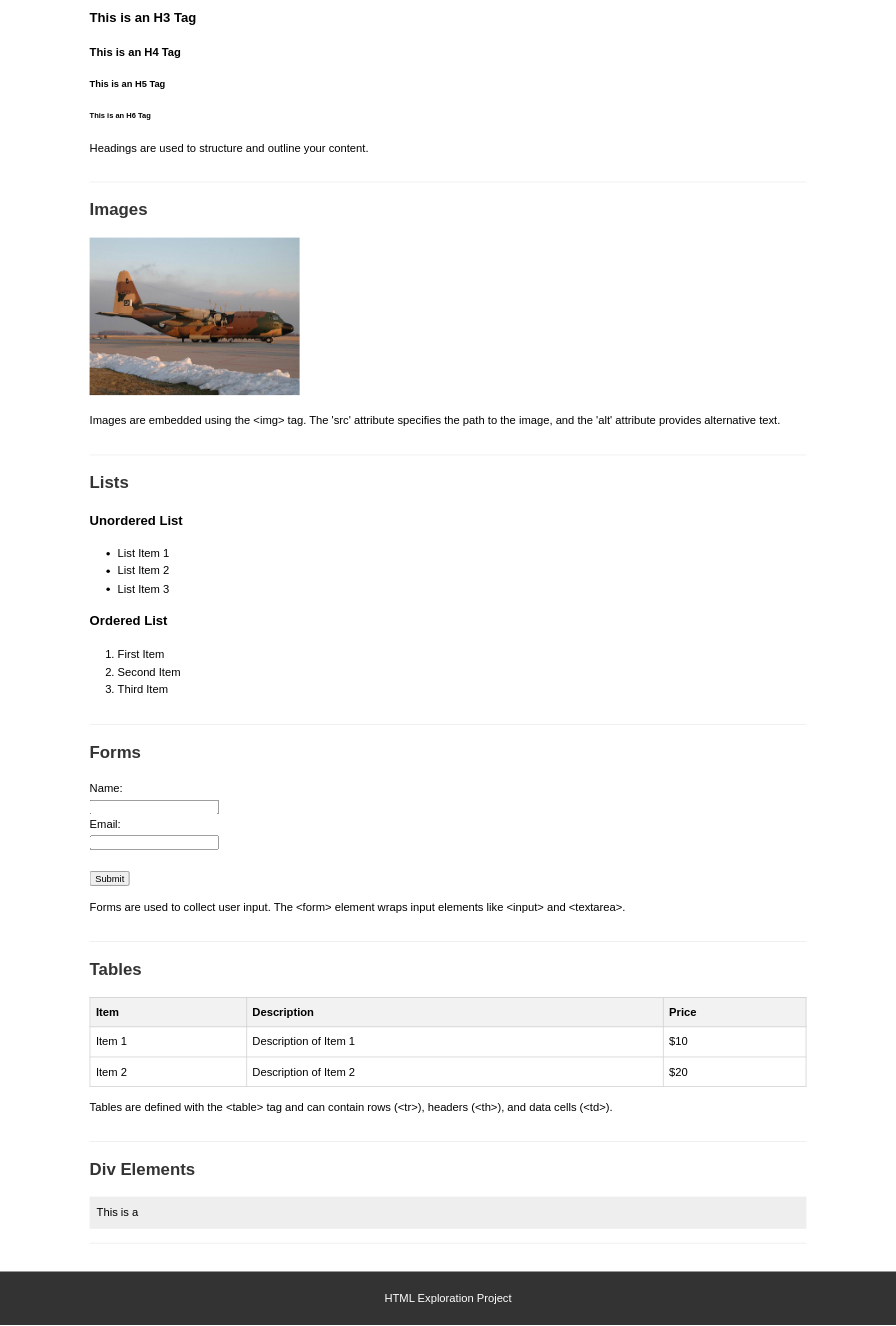
Repository: ArsalanKhan0608/Web-Development
Page: practice1.html
The author's editor kept a copy of each file at every save. The page is drawn from the files as they stood at one save, then again after a run of saves.
The browser window is 1280 px wide. The pictures show the part of the page from y = 708 to 2628 px (the page is 2602 px tall before and 2628 px after), at 70% of full size.

Above is the page before, as saved 2024-02-02 22:18:17.

### practice1.html
<!DOCTYPE html>
<html lang="en">
<head>
    <meta charset="UTF-8">
    <meta name="viewport" content="width=device-width, initial-scale=1.0">
    <title>Explore HTML</title>
    <style>
        body {
            font-family: Arial, sans-serif;
            margin: 0;
            padding: 0;
            line-height: 1.6;
        }
        .container {
            width: 80%;
            margin: auto;
            overflow: hidden;
            padding: 20px;
        }
        header, footer {
            background: #333;
            color: #fff;
            text-align: center;
            padding: 10px 0;
        }
        nav ul {
            list-style-type: none;
            padding: 0;
        }
        nav ul li {
            display: inline;
            margin: 0 10px;
        }
        nav ul li a {
            color: #fff;
            text-decoration: none;
        }
        h1, h2 {
            color: #333;
        }
        .content {
            margin-bottom: 20px;
            padding-bottom: 20px;
            border-bottom: 1px solid #eaeaea;
        }
        table {
            width: 100%;
            border-collapse: collapse;
        }
        table, th, td {
            border: 1px solid #cccccc;
            padding: 8px;
            text-align: left;
        }
        th {
            background-color: #f2f2f2;
        }
    </style>
</head>
<body>

<header>
    <h1>Welcome to HTML Exploration</h1>
</header>

<nav>
    <ul>
        <li><a href="#introduction">Introduction</a></li>
        <li><a href="#paragraphs">Paragraphs</a></li>
        <li><a href="#headings">Headings</a></li>
        <li><a href="#images">Images</a></li>
        <li><a href="#lists">Lists</a></li>
        <li><a href="#forms">Forms</a></li>
        <li><a href="#tables">Tables</a></li>
        <li><a href="#divs">Div Elements</a></li>
    </ul>
</nav>

<div class="container">

    <section id="introduction" class="content">
        <h2>Introduction</h2>
        <p>HTML, or HyperText Markup Language, is the standard language used to create and design web pages. It provides the basic structure of sites, which is then enhanced and manipulated by other technologies like CSS and JavaScript.</p>
    </section>

    <section id="paragraphs" class="content">
        <h2>Paragraphs</h2>
        <p>This is an example of a paragraph in HTML. Paragraphs are defined with the &lt;p&gt; tag and can contain text and inline elements like &lt;a&gt;, &lt;span&gt;, and &lt;img&gt;.</p>
    </section>

    <section id="headings" class="content">
        <h2>Headings</h2>
        <h1>This is an H1 Tag</h1>
        <h2>This is an H2 Tag</h2>
        <h3>This is an H3 Tag</h3>
        <h4>This is an H4 Tag</h4>
        <h5>This is an H5 Tag</h5>
        <h6>This is an H6 Tag</h6>
        <p>Headings are used to structure and outline your content.</p>
    </section>

    <section id="images" class="content">
        <h2>Images</h2>
        <img src="c130.jpg" alt="C-130 Aircraft" style="width: 100%; max-width: 300px;">
        <p>Images are embedded using the &lt;img&gt; tag. The 'src' attribute specifies the path to the image, and the 'alt' attribute provides alternative text.</p>
    </section>

    <section id="lists" class="content">
        <h2>Lists</h2>
        <h3>Unordered List</h3>
        <ul>
            <li>List Item 1</li>
            <li>List Item 2</li>
            <li>List Item 3</li>
        </ul>
        <h3>Ordered List</h3>
        <ol>
            <li>First Item</li>
            <li>Second Item</li>
            <li>Third Item</li>
        </ol>
    </section>

    <section id="forms" class="content">
        <h2>Forms</h2>
        <form>
            <label for="name">Name:</label><br>
            <input type="text" id="name" name="name"><br>
            <label for="email">Email:</label><br>
            <input type="email" id="email" name="email"><br><br>
            <input type="submit" value="Submit">
        </form>
        <p>Forms are used to collect user input. The &lt;form&gt; element wraps input elements like &lt;input&gt; and &lt;textarea&gt;.</p>
    </section>

    <section id="tables" class="content">
        <h2>Tables</h2>
        <table>
            <tr>
                <th>Item</th>
                <th>Description</th>
                <th>Price</th>
            </tr>
            <tr>
                <td>Item 1</td>
                <td>Description of Item 1</td>
                <td>$10</td>
            </tr>
            <tr>
                <td>Item 2</td>
                <td>Description of Item 2</td>
                <td>$20</td>
            </tr>
        </table>
        <p>Tables are defined with the &lt;table&gt; tag and can contain rows (&lt;tr&gt;), headers (&lt;th&gt;), and data cells (&lt;td&gt;).</p>
    </section>

    <section id="divs" class="content">
        <h2>Div Elements</h2>
        <div style="background-color: #eee; padding: 10px;">
            This is a <div&gt; element styled with inline CSS. Div elements are block-level and are often used as containers for other elements.
        </div>
    </section>

</div>

<footer>
    <p>HTML Exploration Project</p>
</footer>

</body>
</html>

After the next 2 saves:
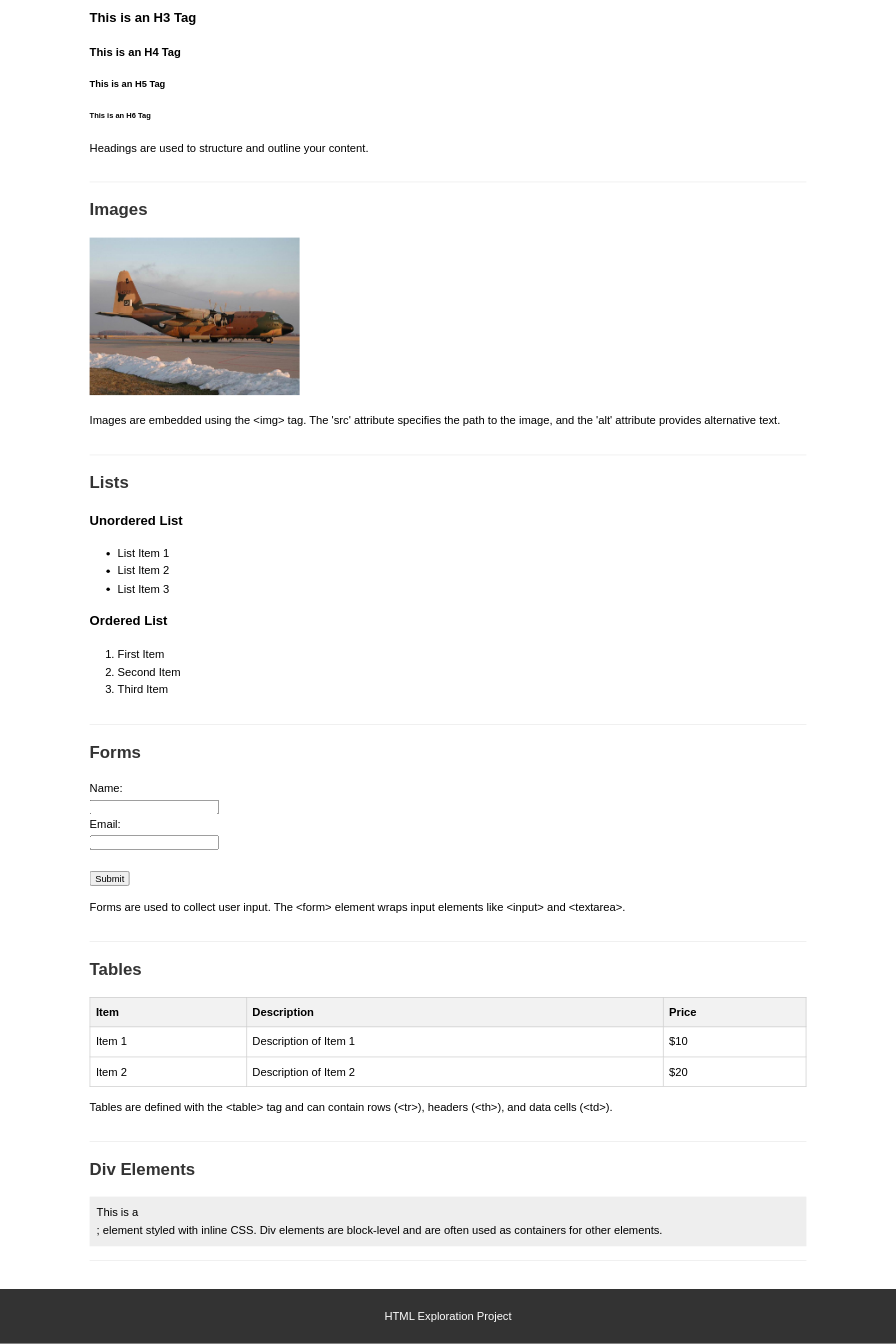
The 2 saves are shown as one change because they came seconds apart.
The last was saved 6 s later.
--- a/practice1.html
+++ b/practice1.html
@@ -158,7 +158,7 @@
     <section id="divs" class="content">
         <h2>Div Elements</h2>
         <div style="background-color: #eee; padding: 10px;">
-            This is a <div&gt; element styled with inline CSS. Div elements are block-level and are often used as containers for other elements.
+            This is a <div></div>; element styled with inline CSS. Div elements are block-level and are often used as containers for other elements.
         </div>
     </section>
 
